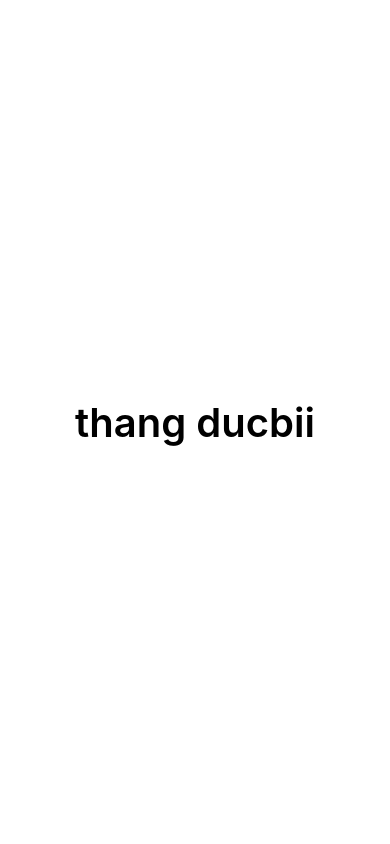
Repository: Ducbii4202/React-Native
Screen: /review-detail
An editor plug-in stored every save of this project. The screen is shown before and after the next save, followed by the edit.
The app was drawn by React Native's web renderer in a window 390 px wide. The project was rebuilt for these pictures with package versions that can differ from the ones it lists, and the page was loaded fresh each time.

Above is the screen before, as saved 2024-09-14 00:14:57.

After the next save:
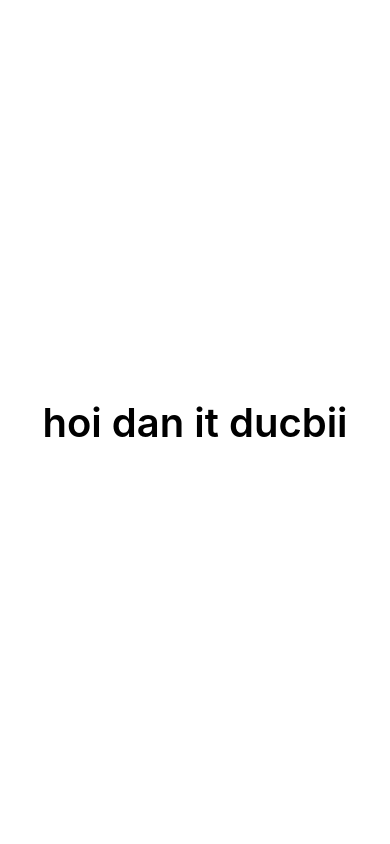
Saved 5 s later.
--- a/App.tsx
+++ b/App.tsx
@@ -3,7 +3,7 @@ import { useState } from 'react';
 import { StyleSheet, Text, View } from 'react-native';
 
 export default function App() {
-  const [name, setName] = useState<string>("thang");
+  const [name, setName] = useState<string>("hoi dan it");
   return (
     <View style={styles.container}>
       <Text style={{fontSize:40, fontWeight:"600"}}>
